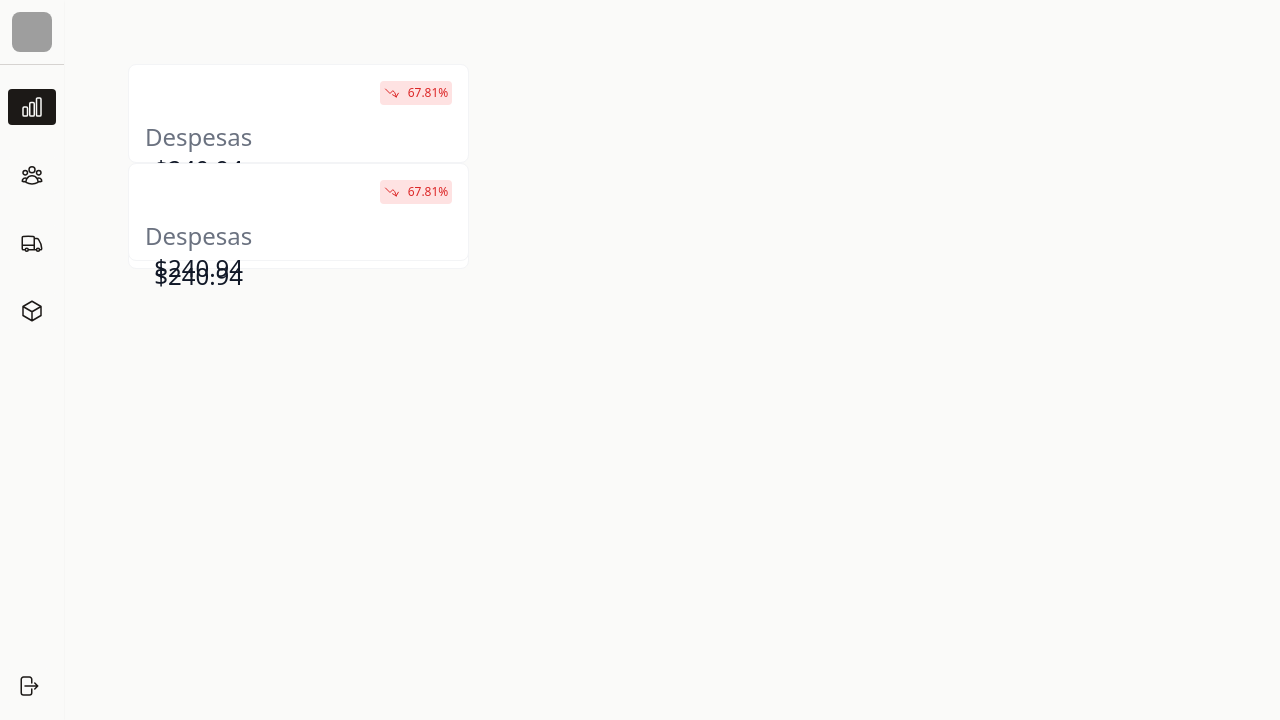
Repository: XavierOtavio/Cuzinhas
Page: /dashboard
The author's editor kept a copy of each file at every save. The page is drawn from the files as they stood at one save, then again after the next save.
The browser window is 1280 px wide. The pictures show the whole page.
Pictures or frames that could not be fetched are drawn as grey boxes. The project was rebuilt for these pictures with package versions that can differ from the ones it lists, and the page was loaded fresh each time. Also part of the build but not shown: src/components/Orders.js, src/components/Employees.js, src/components/Login.js, src/components/Register.js, src/components/Home.js, src/components/Logotipo.js, src/components/Header.js, src/components/Footer.js and 1 more.

Above is the page before, as saved 2023-03-08 18:44:52.

### src/App.js
import { Route, Routes } from "react-router-dom";
import LayoutBackend from "./components/LayoutBackend";
import Dashboard from "./components/Dashboard";
import Orders from "./components/Orders";
import Employees from "./components/Employees";
import Login from "./components/Login";
import Register from "./components/Register";
import Home from "./components/Home";
import LayoutFront from "./components/LayoutFront";

function App() {
  return (
    <div className="App">
      <Routes>
        <Route path="/dashboard" element={<LayoutBackend />}>
          <Route path="" element={<Dashboard />} />
          <Route path="orders" element={<Orders />} />
          <Route path="employees" element={<Employees />} />
        </Route>
        <Route path="" element={<LayoutFront />}>
          <Route path="/" element={<Home />} />
        </Route>
        <Route path="/login" element={<Login />} />
        <Route path="/register" element={<Register />} />
      </Routes>
    </div>
  );
}

export default App;

### src/components/LayoutBackend.js
import React from "react";
import SideBar from "./SideBar";
import { Outlet } from "react-router-dom";

export default function LayoutBackend() {
  return (
    <>
      <div className="absolute h-screen w-screen">
        <SideBar />
        <div className="relative flex h-full items-center justify-center bg-stone-50">
          <Outlet />
        </div>
      </div>
    </>
  );
}

### src/components/Dashboard.js
import React from "react";
import {
  ArrowTrendingUpIcon,
  ArrowTrendingDownIcon,
} from "@heroicons/react/24/outline";

export default function Dashboard() {
  return (
    <div className="absolute inset-0 mx-32 my-16 grid grid-cols-12 grid-rows-6">
      <div className="row-start-1 row-end-2 col-start-1 col-end-5">
        <button class="flex flex-col gap-4 rounded-lg border border-gray-100 bg-white w-full h-full p-4">
          <div class="inline-flex gap-2 self-end rounded bg-red-100 p-1 text-red-600">
            <ArrowTrendingDownIcon className="h-4 w-4" />
            <span class="text-xs font-medium"> 67.81% </span>
          </div>
          <div>
            <strong class="block text-left text-2xl font-medium text-gray-500">
              Despesas
            </strong>
            <p>
              <span class="text-2xl font-medium text-gray-900"> $240.94 </span>
            </p>
          </div>
        </button>
      </div>
      <div className="row-start-2 row-end-3 col-start-1 col-end-5">
        <button class="flex flex-col gap-4 rounded-lg border border-gray-100 bg-white w-full h-full my-2 p-4">
          <div class="inline-flex gap-2 self-end rounded bg-red-100 p-1 text-red-600">
            <ArrowTrendingDownIcon className="h-4 w-4" />
            <span class="text-xs font-medium"> 67.81% </span>
          </div>
          <div>
            <strong class="block text-left text-2xl font-medium text-gray-500">
              Despesas
            </strong>
            <p>
              <span class="text-2xl font-medium text-gray-900"> $240.94 </span>
            </p>
          </div>
        </button>
      </div>
      <div className="row-start-3 row-end-2 col-start-1 col-end-5">
        <button class="flex flex-col gap-4 rounded-lg border border-gray-100 bg-white w-full h-full p-4">
          <div class="inline-flex gap-2 self-end rounded bg-red-100 p-1 text-red-600">
            <ArrowTrendingDownIcon className="h-4 w-4" />
            <span class="text-xs font-medium"> 67.81% </span>
          </div>
          <div>
            <strong class="block text-left text-2xl font-medium text-gray-500">
              Despesas
            </strong>
            <p>
              <span class="text-2xl font-medium text-gray-900"> $240.94 </span>
            </p>
          </div>
        </button>
      </div>
    </div>
  );
}

### src/components/SideBar.js
import React from "react";
import { Link, useLocation } from "react-router-dom";
import {
  ArrowRightOnRectangleIcon,
  ChartBarIcon,
  CubeIcon,
  TruckIcon,
  UserGroupIcon,
} from "@heroicons/react/24/outline";

export default function SideBar() {
  const location = useLocation();
  return (
    <div className="absolute inset-y-0 left-0 z-10 w-16 shadow-sm bg-stone-50">
      <div>
        <div className="inline-flex h-16 w-16 items-center justify-center">
          <Link
            to="/profile"
            className="group relative flex justify-center rounded"
          >
            <img
              alt="user"
              className="rounded-lg h-10 w-10"
              src="https://cdn.discordapp.com/attachments/1082425024104894666/1082799435727253584/xSVMV6xD9Cf7K56wjeEF--1--2htnr.jpg"
            />
            <span className="absolute left-full text-left whitespace-nowrap top-1/2 ml-4 -translate-y-1/2 rounded bg-stone-900 px-2 py-1.5 text-xs font-medium text-stone-50 opacity-0 group-hover:opacity-100">
              Perfil <p className="font-light">Xavier Otávio</p>
            </span>
          </Link>
        </div>
        <div className="border-t border-stone-300">
          <nav aria-label="Main" className="flex flex-col p-2">
            <div className="py-4">
              <Link
                to="/dashboard"
                className={`group relative flex  justify-center rounded  px-2 py-1.5  ${
                  location.pathname === "/dashboard"
                    ? "bg-stone-900 text-stone-50"
                    : "bg-stone-50 text-stone-900"
                }`}
              >
                <ChartBarIcon className="h-6 w-6" />
                <span className="absolute left-full top-1/2 ml-4 -translate-y-1/2 rounded bg-stone-900 px-2 py-1.5 text-xs font-medium text-stone-50 opacity-0 group-hover:opacity-100">
                  Dashboard
                </span>
              </Link>
            </div>
            <div className="py-4">
              <Link
                to="/dashboard/employees"
                className={`group relative flex  justify-center rounded  px-2 py-1.5  ${
                  location.pathname === "/dashboard/employees"
                    ? "bg-stone-900 text-stone-50"
                    : "bg-stone-50 text-stone-900"
                }`}
              >
                <UserGroupIcon className="h-6 w-6" />
                <span className="absolute left-full top-1/2 ml-4 -translate-y-1/2 rounded bg-stone-900 px-2 py-1.5 text-xs font-medium text-stone-50 opacity-0 group-hover:opacity-100">
                  Empregados
                </span>
              </Link>
            </div>
            <div className="py-4">
              <Link
                to="/dashboard/orders"
                className={`group relative flex  justify-center rounded  px-2 py-1.5  ${
                  location.pathname === "/dashboard/orders"
                    ? "bg-stone-900 text-stone-50"
                    : "bg-stone-50 text-stone-900"
                }`}
              >
                <TruckIcon className="h-6 w-6" />
                <span className="absolute left-full top-1/2 ml-4 -translate-y-1/2 rounded bg-stone-900 px-2 py-1.5 text-xs font-medium text-stone-50 opacity-0 group-hover:opacity-100">
                  Encomendas
                </span>
              </Link>
            </div>
            <div className="py-4">
              <Link
                to="/dashboard/stock"
                className={`group relative flex  justify-center rounded  px-2 py-1.5  ${
                  location.pathname === "/dashboard/stock"
                    ? "bg-stone-900 text-stone-50"
                    : "bg-stone-50 text-stone-900"
                }`}
              >
                <CubeIcon className="h-6 w-6" />
                <span className="absolute left-full top-1/2 ml-4 -translate-y-1/2 rounded bg-stone-900 px-2 py-1.5 text-xs font-medium text-stone-50 opacity-0 group-hover:opacity-100">
                  Matérias-primas
                </span>
              </Link>
            </div>
            <div className="py-4 bottom-0 absolute">
              <Link
                to="/"
                className="group relative flex  justify-center rounded bg-stone-50 px-2 py-1.5 text-stone-900"
              >
                <ArrowRightOnRectangleIcon className="h-6 w-6" />
                <span className="absolute left-full top-1/2 ml-4 -translate-y-1/2 rounded bg-stone-900 px-2 py-1.5 text-xs font-medium text-stone-50 opacity-0 group-hover:opacity-100">
                  Sair
                </span>
              </Link>
            </div>
          </nav>
        </div>
      </div>
    </div>
  );
}

Loaded but not shown: public/index.html (common file); src/index.js (common file); src/index.css (common file); src/reportWebVitals.js (common file); tailwind.config.js (common file)

After the next save:
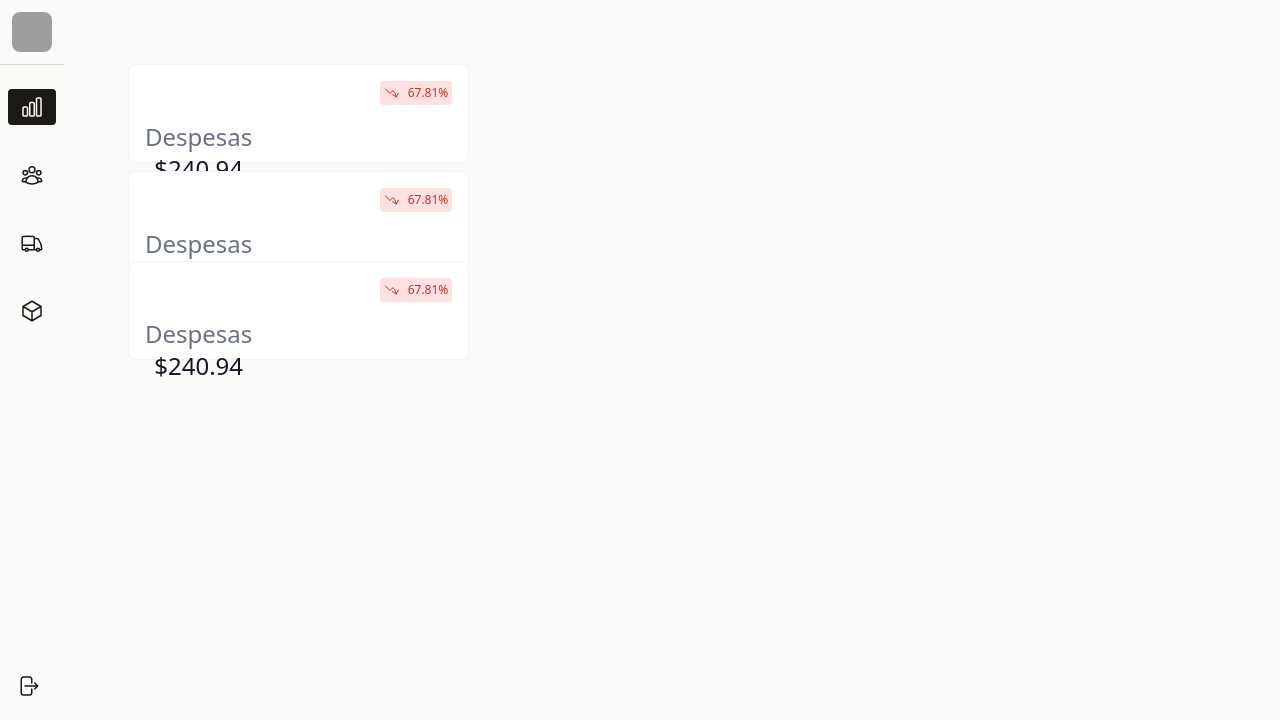
Saved 2 s later.
--- a/src/components/Dashboard.js
+++ b/src/components/Dashboard.js
@@ -39,7 +39,7 @@ export default function Dashboard() {
           </div>
         </button>
       </div>
-      <div className="row-start-3 row-end-2 col-start-1 col-end-5">
+      <div className="row-start-3 row-end-4 col-start-1 col-end-5">
         <button class="flex flex-col gap-4 rounded-lg border border-gray-100 bg-white w-full h-full p-4">
           <div class="inline-flex gap-2 self-end rounded bg-red-100 p-1 text-red-600">
             <ArrowTrendingDownIcon className="h-4 w-4" />
